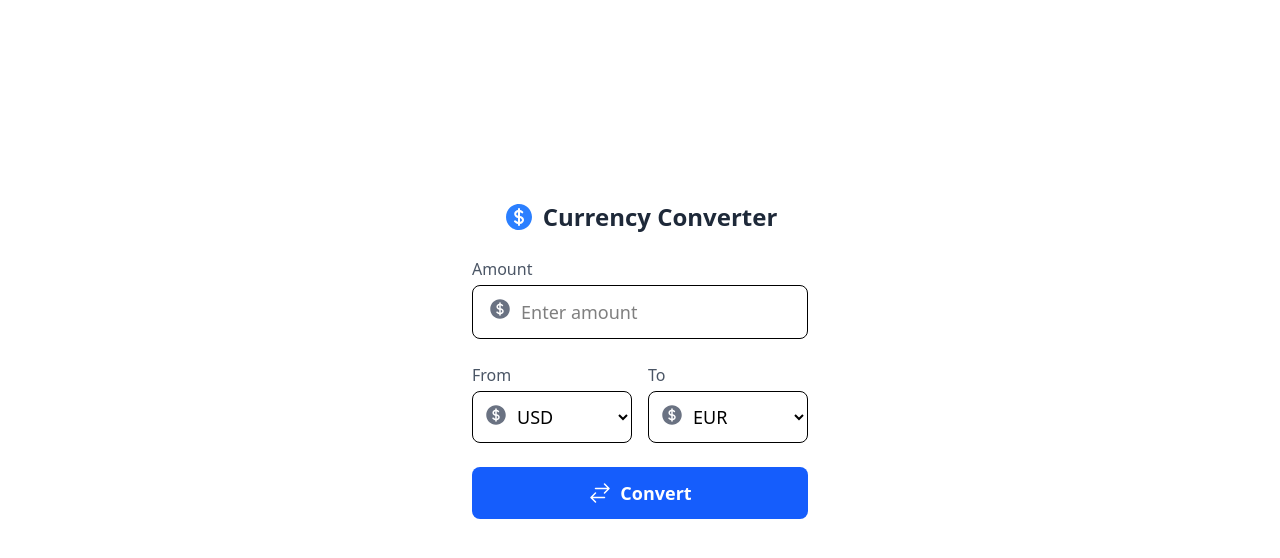
Repository: adrcstro/withcenter_developer_exam
Page: /
The author's editor kept a copy of each file at every save. The page is drawn from the files as they stood at one save, then again after the next save.
The browser window is 1280 px wide. The pictures show the whole page.
The project was rebuilt for these pictures with package versions that can differ from the ones it lists, and the page was loaded fresh each time. Also part of the build but not shown: vite.config.ts.

Above is the page before, as saved 2025-03-16 20:07:25.

### index.html
<!doctype html>
<html lang="en">
  <head>
    <meta charset="UTF-8" />
    <link rel="icon" type="image/svg+xml" href="/vite.svg" />
    <meta name="viewport" content="width=device-width, initial-scale=1.0" />
    <title>Vite + React + TS</title>
    <!-- public/index.html -->
  <link href="https://fonts.googleapis.com/css2?family=Montserrat:wght@300;400;500;700&display=swap" rel="stylesheet">


  </head>
  <body>
    <div id="root"></div>
    <script type="module" src="/src/main.tsx"></script>
  </body>
</html>

### src/main.tsx

import { createRoot } from 'react-dom/client'
import './index.css'
import App from './App.tsx'

createRoot(document.getElementById('root')!).render(

    <App />

)

### src/App.tsx
import { useState } from "react";
import { ArrowsRightLeftIcon, CurrencyDollarIcon } from "@heroicons/react/24/solid";


const currencies = ["USD", "EUR", "GBP", "JPY", "INR"];

function App() {
  const [amount, setAmount] = useState("");
  const [fromCurrency, setFromCurrency] = useState("USD");
  const [toCurrency, setToCurrency] = useState("EUR");
  const [convertedAmount, setConvertedAmount] = useState("");

  const handleConvert = () => {
    // Dummy conversion rate for UI demo
    const rate = 1.1;
    setConvertedAmount((parseFloat(amount) * rate).toFixed(2));
  };

  return (
    <div className="flex items-center justify-center min-h-screen bg-white">
      <div className="bg-white rounded-xl p-8 w-[400px]">
        <h2 className="text-2xl font-bold text-gray-800 text-center mb-6 flex items-center justify-center gap-2">
          <CurrencyDollarIcon className="w-8 h-8 text-blue-500" />
          Currency Converter
        </h2>

        {/* Amount Input */}
        <div className="mb-6">
          <label className="block text-gray-600 text-base font-medium">Amount</label>
          <div className="relative">
            <input
              type="number"
              value={amount}
              onChange={(e) => setAmount(e.target.value)}
              className="w-full mt-1 pl-12 pr-4 py-3 border rounded-lg text-lg focus:outline-none focus:ring-2 focus:ring-blue-400"
              placeholder="Enter amount"
            />
            <CurrencyDollarIcon className="w-6 h-6 text-gray-500 absolute left-4 top-4" />
          </div>
        </div>

        {/* Currency Selection */}
        <div className="flex gap-4 mb-6">
          <div className="w-1/2">
            <label className="block text-gray-600 text-base font-medium">From</label>
            <div className="relative">
              <select
                value={fromCurrency}
                onChange={(e) => setFromCurrency(e.target.value)}
                className="w-full mt-1 pl-10 pr-4 py-3 border rounded-lg text-lg focus:outline-none focus:ring-2 focus:ring-blue-400"
              >
                {currencies.map((currency) => (
                  <option key={currency} value={currency}>
                    {currency}
                  </option>
                ))}
              </select>
              <CurrencyDollarIcon className="w-6 h-6 text-gray-500 absolute left-3 top-4" />
            </div>
          </div>

          <div className="w-1/2">
            <label className="block text-gray-600 text-base font-medium">To</label>
            <div className="relative">
              <select
                value={toCurrency}
                onChange={(e) => setToCurrency(e.target.value)}
                className="w-full mt-1 pl-10 pr-4 py-3 border rounded-lg text-lg focus:outline-none focus:ring-2 focus:ring-blue-400"
              >
                {currencies.map((currency) => (
                  <option key={currency} value={currency}>
                    {currency}
                  </option>
                ))}
              </select>
              <CurrencyDollarIcon className="w-6 h-6 text-gray-500 absolute left-3 top-4" />
            </div>
          </div>
        </div>

        {/* Convert Button */}
        <button
          onClick={handleConvert}
          className="w-full bg-blue-600 hover:bg-blue-700 text-white text-lg font-semibold py-3 rounded-lg flex items-center justify-center gap-2 transition duration-300"
        >
          <ArrowsRightLeftIcon className="w-6 h-6" />
          Convert
        </button>

        {/* Converted Amount */}
        {convertedAmount && (
          <div className="mt-6 text-center">
            <p className="text-gray-800 text-xl">
              {amount} {fromCurrency} = <span className="font-bold text-green-600">{convertedAmount} {toCurrency}</span>
            </p>
          </div>
        )}
      </div>
    </div>
  );
}

export default App;

Loaded but not shown: src/index.css (common file)

After the next save:
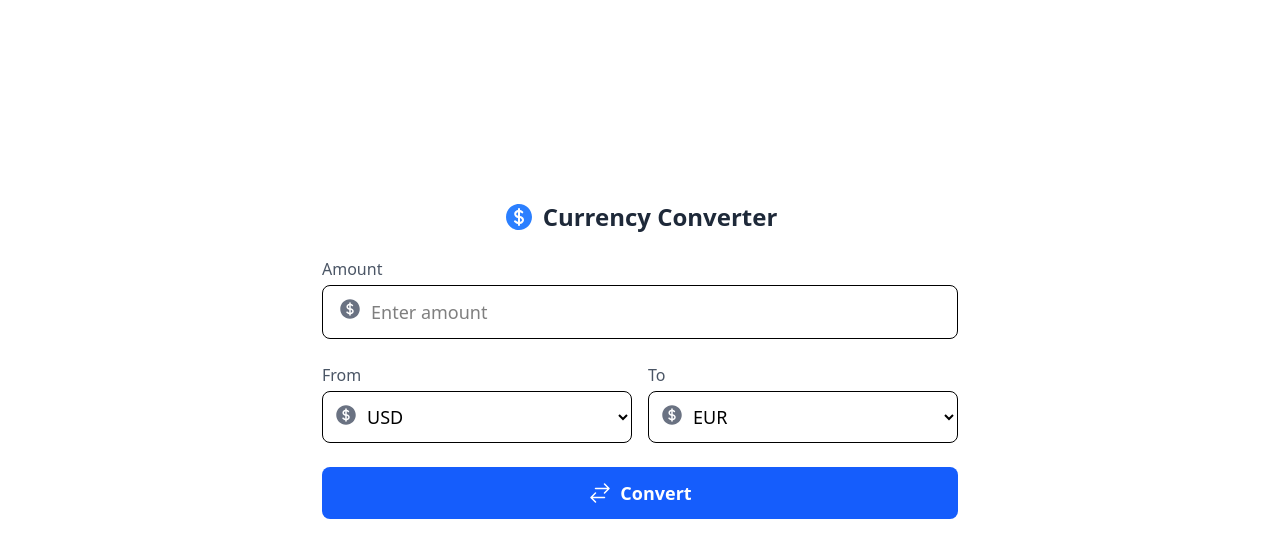
Saved 8 s later.
--- a/src/App.tsx
+++ b/src/App.tsx
@@ -18,7 +18,7 @@ function App() {
 
   return (
     <div className="flex items-center justify-center min-h-screen bg-white">
-      <div className="bg-white rounded-xl p-8 w-[400px]">
+      <div className="bg-white rounded-xl p-8 w-[700px]">
         <h2 className="text-2xl font-bold text-gray-800 text-center mb-6 flex items-center justify-center gap-2">
           <CurrencyDollarIcon className="w-8 h-8 text-blue-500" />
           Currency Converter
